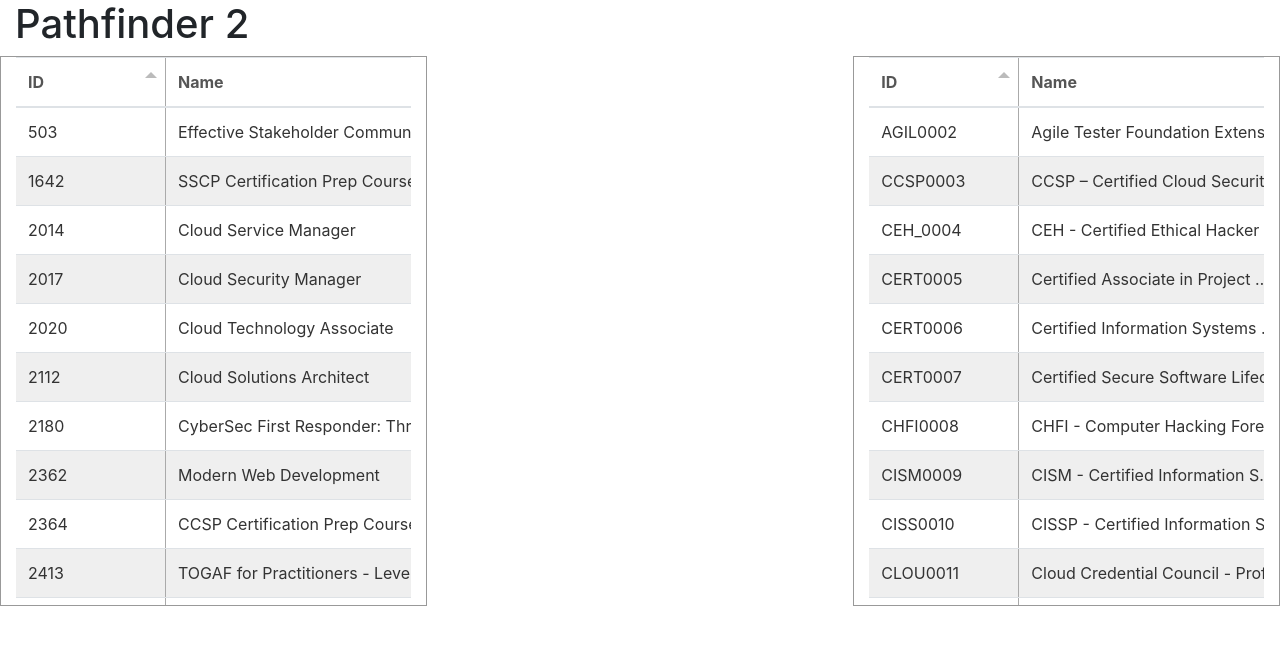
Repository: t1s1/pathfinder2
Page: index.html
The author's editor kept a record of every edit. The page is drawn from the files as they stood at one moment, then again after the next edit.
The browser window is 1280 px wide. The pictures show the whole page.

Above is the page before.

### index.html
<!doctype html>
<html class="no-js" lang="">

<head>
  <meta charset="utf-8">

  <link rel="stylesheet" type="text/css" href="https://cdnjs.cloudflare.com/ajax/libs/twitter-bootstrap/4.1.1/css/bootstrap.min.css"/>
  <link rel="stylesheet" href="tabulator/css/tabulator.min.css">
  <link rel="stylesheet" href="tabulator/css/bootstrap/tabulator_bootstrap4.min.css">
  <style type="text/css">

  </style>

  <script src="https://ajax.googleapis.com/ajax/libs/jquery/3.4.1/jquery.min.js"></script>
  <script type="text/javascript" src="https://cdnjs.cloudflare.com/ajax/libs/twitter-bootstrap/4.1.1/js/bootstrap.min.js"></script>
  <script type="text/javascript" src="tabulator/js/tabulator.min.js"></script>

  <script type="text/javascript" class="init">
    /*
      global $
    */
    $(document).ready(function() {
      $.get( "data/AA_courses.csv", function( data ) {processData(data, "course-table")});
      $.get( "data/AA_certs.csv", function( data ) {processData(data, "cert-table")});
    });

    function processData( data, tableName ) {
      var dataRows = data.split(/\r\n|\n/);
      var headers = dataRows[0].split(',');
      var data_arr = [];

      function removeQuoteMarks(string) {
        return string.replace(/"/g,'');
      };

      for (var i=1; i<dataRows.length; i++) {
         var data = dataRows[i].split(',');
          if (data.length == headers.length) {
            var row = {};
            for (var j=0; j<headers.length; j++) {
                row[headers[j]] = removeQuoteMarks(data[j]);
            }
            data_arr.push(row);
          }
      };

      var table = new Tabulator("#"+tableName, {
       	height:550,
       	data:data_arr,
       	layout:"fitColumns", //fit columns to width of table (optional)
       	columns:[ //Define Table Columns
       	 	{title:"ID", field:headers[0], width:150},
       	 	{title:"Name", field:headers[1]}
       	],
       	rowClick:function(e, row){ //trigger an alert message when the row is clicked
       			//alert("Row " + row.getData().id + " Clicked!!!!");
       	},
      });
    }

  </script>
</head>

<body>
<div class="container-fluid">
  <div class="row">
    <div class="col-lg"><h1>Pathfinder 2</h1></div>
  </div>
  <div class="row">
    <div id="course-table" class="col-lg-4"></div>
    <div id="assoc-table" class="col-lg-4"></div>
    <div id="cert-table"class="col-lg-4"></div>
  </div>
</div>
</body>

</html>

Loaded but not shown: tabulator/css/tabulator.min.css (library); tabulator/css/bootstrap/tabulator_bootstrap4.min.css (library); tabulator/js/tabulator.min.js (library)

After the next edit:
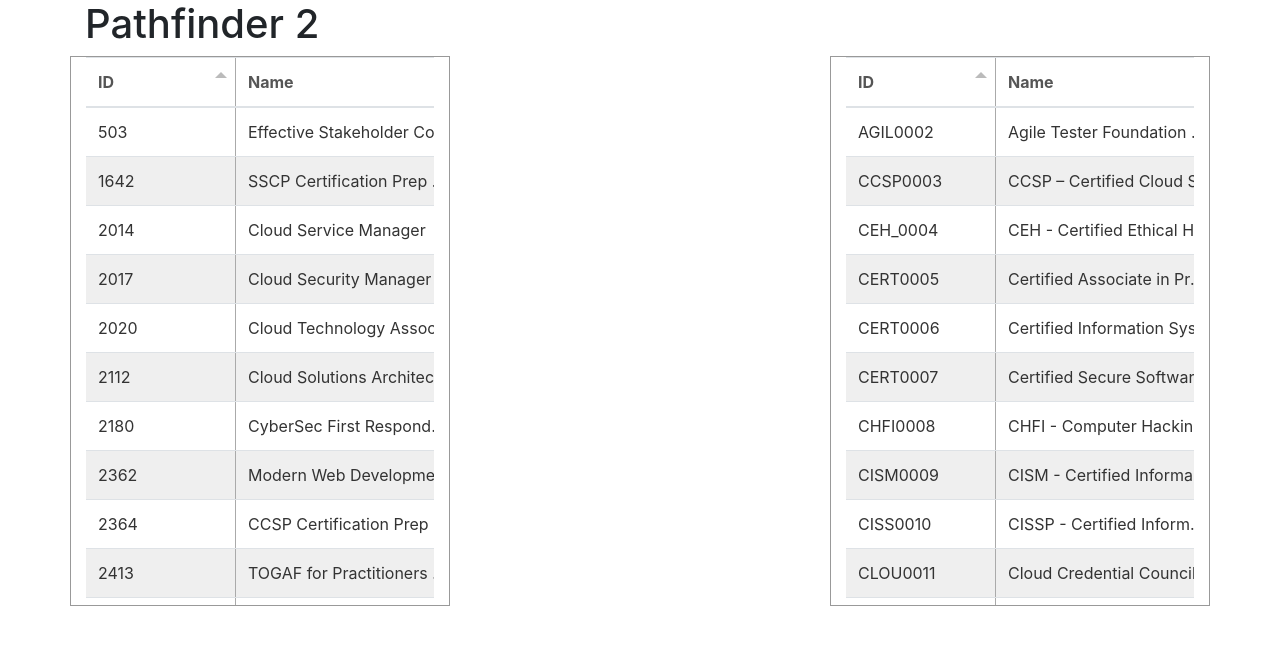
The edit:
--- a/index.html
+++ b/index.html
@@ -62,7 +62,7 @@
 </head>
 
 <body>
-<div class="container-fluid">
+<div class="container">
   <div class="row">
     <div class="col-lg"><h1>Pathfinder 2</h1></div>
   </div>
